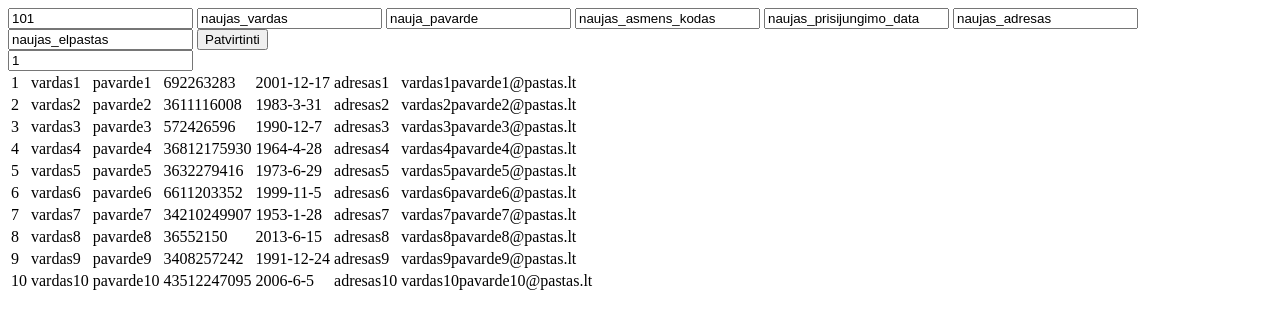
Repository: motiejus1/09-paskaita-PHP-05.31
Page: http://localhost/
These files come from the project's save history. The page is drawn as it stood at one moment and after the next save; the edit follows.
The browser window is 1280 px wide. The pictures show the whole page.
The page is run by PHP 8.4 with error messages shown; the project is at /var/www/html/.

Above is the page before, as saved 2021-08-04 20:17:04.

### index.php
<!DOCTYPE html>
<html lang="en">
<head>
    <meta charset="UTF-8">
    <meta http-equiv="X-UA-Compatible" content="IE=edge">
    <meta name="viewport" content="width=device-width, initial-scale=1.0">
    <title>09-paskaita</title>
</head>
<body>
    <form action="index.php" method="get">
        <input type="text" value="101" name="id"/>
        <input type="text" value="naujas_vardas" name="vardas"/>
        <input type="text" value="nauja_pavarde" name="pavarde"/>
        <input type="text" value="naujas_asmens_kodas" name="asmens_kodas"/>
        <input type="text" value="naujas_prisijungimo_data" name="prisijungimo_data"/>
        <input type="text" value="naujas_adresas" name="adresas"/>
        <input type="text" value="naujas_elpastas" name="elpastas"/>

        <button type="submit" name="patvirtinti">Patvirtinti</button>

    </form>

    <form>
        <input type="text" value="1" name="t_id"/>

    </form>

<?php
// Susikurti asociatyvų masyvą "Klientai".
// Kintamieji:
// vardas
// pavarde
// asmens kodas
// prisijungimo data
// adresas
// elpastas.

// Masyve turi būti 200 klientų. Duomenis užpildyti savo nuožiūrą.
// Visą "Klientai" objektų masyvą atvaizduoti lentelėje <table>.
// Visas klientų masyvas saugomas COOKIE.


// Papildomai: Sukurti galimybę pridėti klientą į masyvą bei ištrinti.


if (isset($_GET["patvirtinti"])) {
    $id = $_GET["id"];
    $vardas = $_GET["vardas"];
    $pavarde = $_GET["pavarde"];
    $asmens_kodas = $_GET["asmens_kodas"];
    $prisijungimo_data = $_GET["prisijungimo_data"];
    $adresas = $_GET["adresas"];
    $elpastas = $_GET["elpastas"];

    //sudeti informacija i sausainiuka


    $klientai_tekstas = $_COOKIE["klientai"] . "|$id,$vardas,$pavarde,$asmens_kodas,$prisijungimo_data,$adresas,$elpastas";
    // echo $klientai_tekstas;
    setcookie("klientai", $klientai_tekstas, time() + 3600, "/");
    //imituoti persikrovima
    header("Location: index.php");
}

if(!isset($_COOKIE["klientai"])) {
    $klientai = array();

    for($i=0; $i< 10; $i++){
        //klientai masyva sitas ciklas turi pildyti visa lentyna
        //turi prideti nauja masyva i klientai masyva
        $klientas = array(
            "id" => $i+1,
            "vardas" => "vardas".($i+1),
            "pavarde" => "pavarde".($i+1),
            "asmens_kodas" => rand(3,6).rand(0,99).rand(1,12).rand(1,31).rand(0,9999), //38512300000

            //atsitiktiniu budu sugeneruota data
            "prisijungimo_data" => rand(1950, 2021)."-".rand(1,12)."-".rand(1,31),
            "adresas" => "adresas".($i+1),
            "elpastas" => "vardas".($i+1)."pavarde".($i+1)."@pastas.lt"
        );

        //kaip dabar papildyti masyva $klientai?
        array_push($klientai, $klientas);
    }
} else {
    $klientai = $_COOKIE["klientai"];//tekstas

    $klientai = explode("|", $klientai);

    for($i = 0; $i < count($klientai) ; $i++) {
        $klientai[$i] = explode(",", $klientai[$i]);
    }

}


echo "<table>";
//Dvimatis masyvas yra lentele;
//Ka daryti toliau? Ciklas

//$klientai - dvimatis masyvas
//$eilute - vienmatis asociatyvus masyvas
//$stulpelis - masyvo elementas/arba kazkoks kintamasis
foreach ($klientai as $eilute) {
//Isvedineja lentyneles - eilute 200 eiluciu
    echo "<tr>";
    //isvesti stulpelius?
    foreach($eilute as $stulpelis) { // 7 stulpeliai
        echo "<td>";
        echo $stulpelis;
        echo "</td>";
    }

    echo "</tr>";
}

echo "</table>";

// var_dump($klientai);

// kiekviena karta refreshinus/perkraunant puslapi, musu kintamieji isivalo,
//igauna savo pradines reiksmes

//mes sukuriame forma
//ivedame duomenis
//spaudziame mygtuka patvirtinti, musu puslapis persikrauna
//paimami duomenys is formos ir array_push mes viska sukeliame į klientai masyva

//COOkies

//kai kuriamas musu klientai masyvas, jis yra isaugomas i sausainiuka
//kai musu masyvas jau yra sausainiukyje, mes ji galime atvaizduoti is sausainiuko
//mes turime isaugoje reiksmes, vadinasi,
// mes prie sausainiuko reiksmes galime prideti kazka naujo

// cookie mes galim saugoti tik teksta

// setcookie("klientai", $klientai, time() + 3600, "/");

// $klientai_tekstas = implode("|", $klientai);

// echo $klientai_tekstas;

//klientai dvimati masyva pasiversime i teksta

for($i = 0; $i < count($klientai) ; $i++) {
    $klientai[$i] = implode(",", $klientai[$i]);
}

// var_dump($klientai);

$klientai_tekstas = implode("|",$klientai);

// echo $klientai_tekstas;
//Reikalingas tik tam kad nustatytu musu pradines sugeneruotas reiksmes
//Sits sausainiukas turi buti paleidziamas tik viena vieninteli karta
if(!isset($_COOKIE["klientai"])) {
    setcookie("klientai", $klientai_tekstas, time() + 3600, "/");
}
?>


</body>
</html>

After the next save:
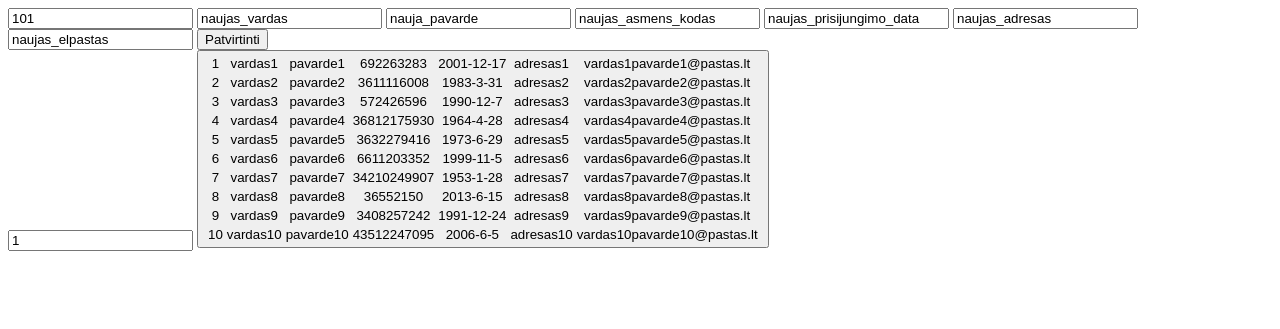
Saved 5 s later.
--- a/index.php
+++ b/index.php
@@ -22,7 +22,7 @@
 
     <form>
         <input type="text" value="1" name="t_id"/>
-
+        <button type=
     </form>
 
 <?php
